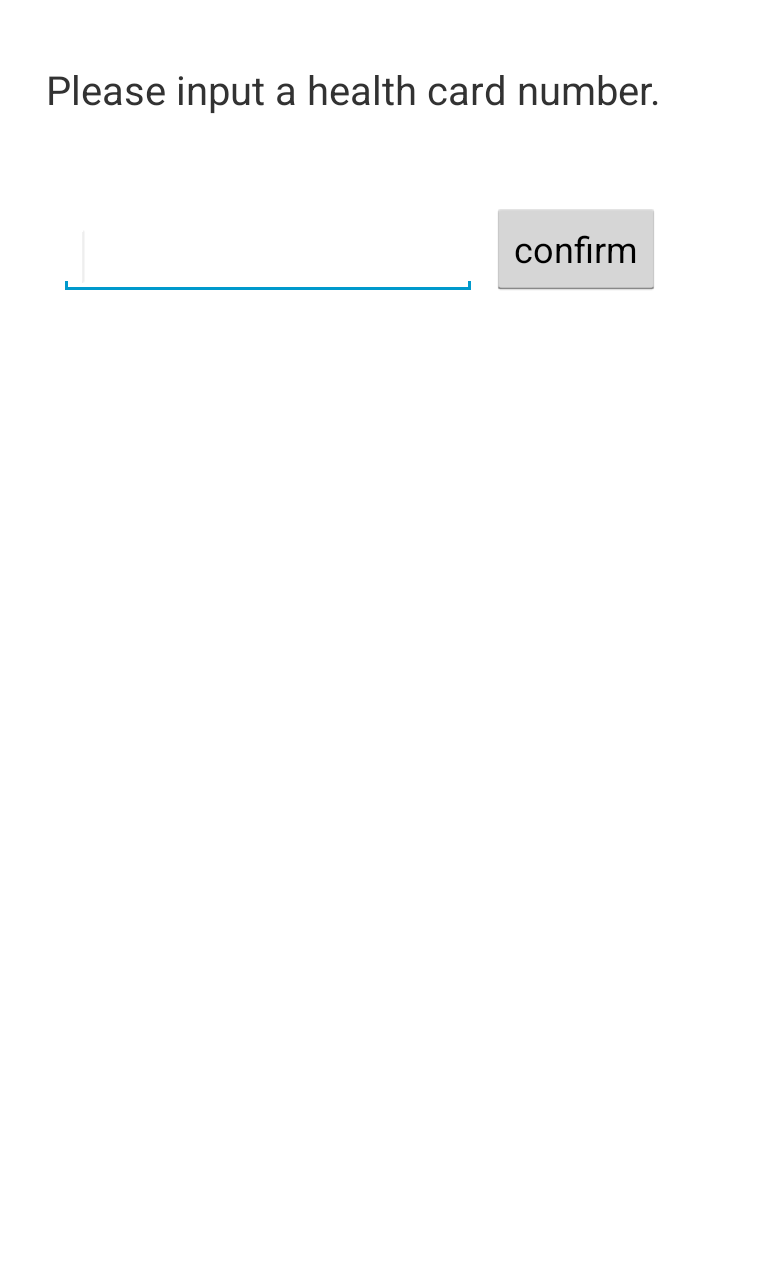
Repository: jackys-95/Aloha
Layout: app/Phase 2/res/layout/activity_look_up_patient.xml
The author's editor kept a copy of each file at every save. The layout is drawn from the files as they stood at one save, then again after the next save.
It is drawn on a 768 x 1280 px phone screen (xhdpi) without system bars, with theme AppTheme; the app's code is not run.

Above is the layout before, as saved 2014-11-04 16:47:07.

After the next save:
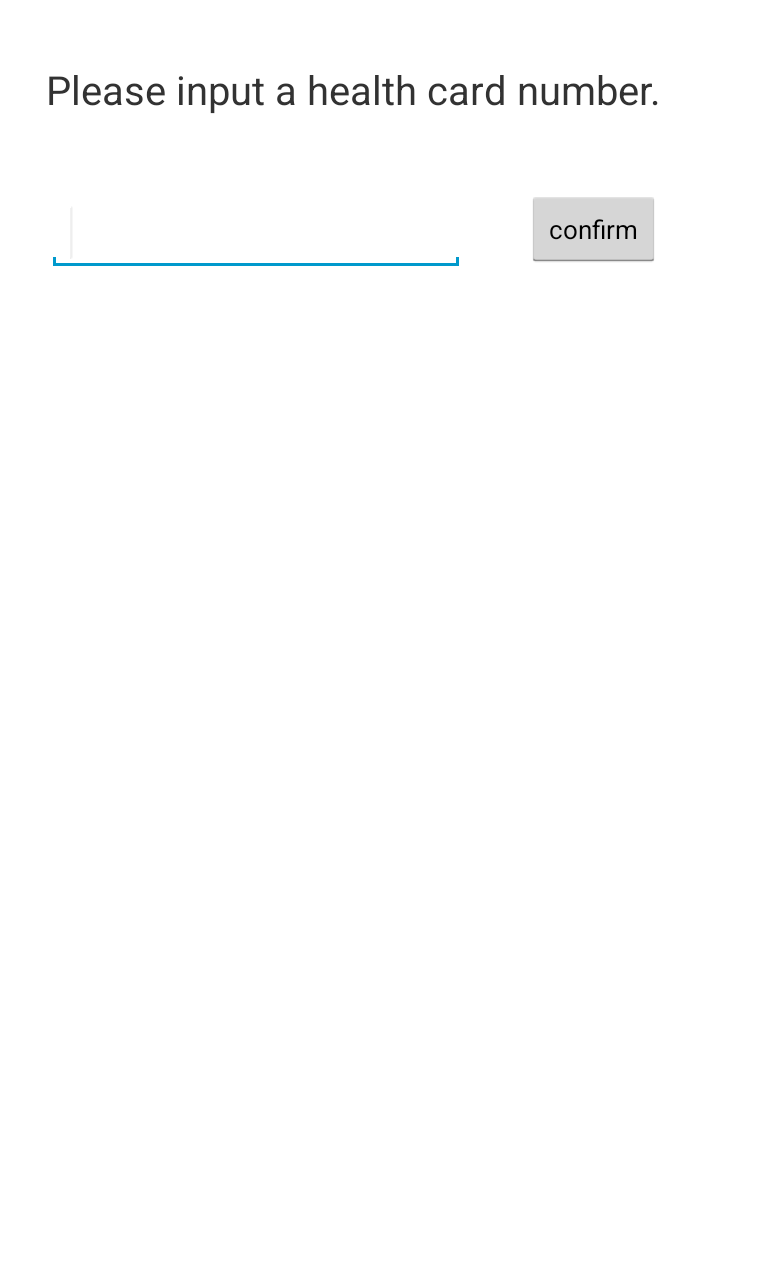
Saved 71 s later.
--- a/app/Phase 2/res/layout/activity_look_up_patient.xml
+++ b/app/Phase 2/res/layout/activity_look_up_patient.xml
@@ -8,8 +8,9 @@
     android:paddingTop="@dimen/activity_vertical_margin"
     tools:context="com.example.hospitalsystem.ConfirmPatient" >
 
+
     <TextView
-        android:id="@+id/textView1"
+        android:id="@+id/LookUpTextView1"
         android:layout_width="wrap_content"
         android:layout_height="wrap_content"
         android:layout_alignParentLeft="true"
@@ -20,13 +21,12 @@
         android:textSize="20sp" />
 
     <EditText
-        android:id="@+id/editText1"
+        android:id="@+id/LookUpEditText1"
         android:layout_width="wrap_content"
         android:layout_height="wrap_content"
-        android:layout_alignParentLeft="true"
-        android:layout_below="@+id/textView1"
-        android:layout_marginLeft="13dp"
-        android:layout_marginTop="51dp"
+        android:layout_alignLeft="@+id/LookUpTextView1"
+        android:layout_below="@+id/LookUpTextView1"
+        android:layout_marginTop="39dp"
         android:ems="10"
         android:inputType="number" >
 
@@ -34,11 +34,23 @@
     </EditText>
 
     <Button
-        android:id="@+id/button1"
+        android:id="@+id/lookUp"
+        android:layout_width="wrap_content"
+        android:layout_height="40dp"
+        android:layout_alignBaseline="@+id/LookUpEditText1"
+        android:layout_alignBottom="@+id/LookUpEditText1"
+        android:layout_alignRight="@+id/LookUpTextView1"
+        android:onClick="sendMessage"
+        android:text="@string/Confirm"
+        android:textSize="13sp" />
+
+    <TextView
+        android:id="@+id/Error"
         android:layout_width="wrap_content"
         android:layout_height="wrap_content"
-        android:layout_alignBottom="@+id/editText1"
-        android:layout_alignRight="@+id/textView1"
-        android:text="@string/Confirm" />
+        android:layout_below="@+id/lookUp"
+        android:layout_centerHorizontal="true"
+        android:layout_marginTop="31dp"
+        android:text="" />
 
 </RelativeLayout>
